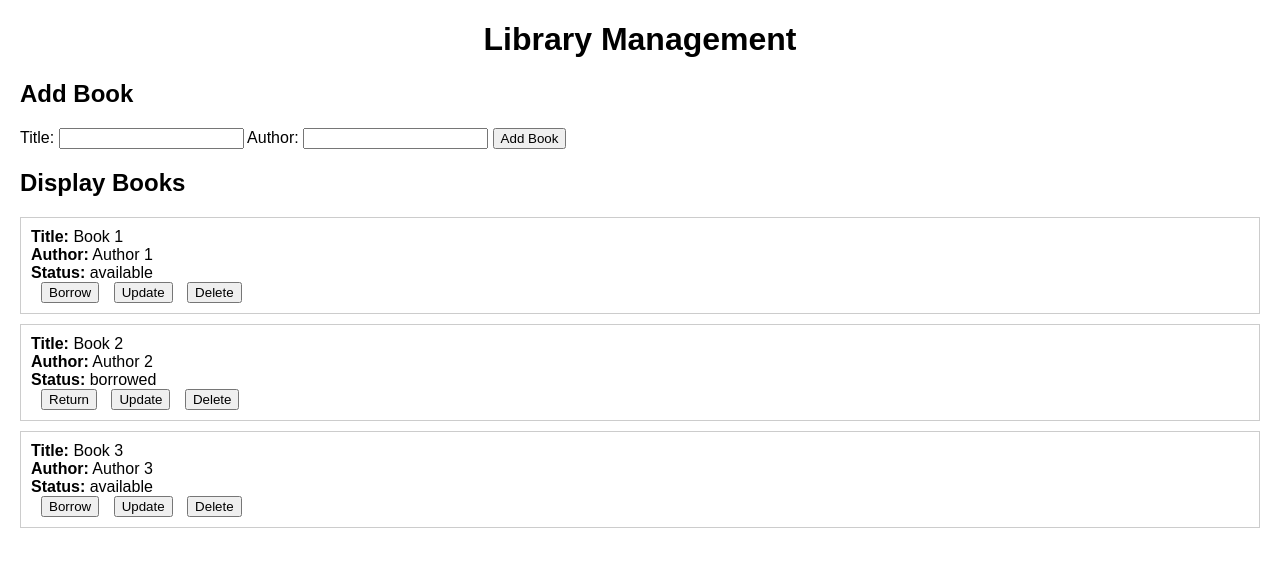
Repository: harshitanthal1/library-management_with_restful_api
Page: index.html
These files come from the project's save history. The page is drawn as it stood at one moment and after the next save; the edit follows.
The browser window is 1280 px wide. The pictures show the whole page.
The page's requests for data from a server got no answer.

Above is the page before, as saved 2024-03-12 05:10:01.

After the next save:
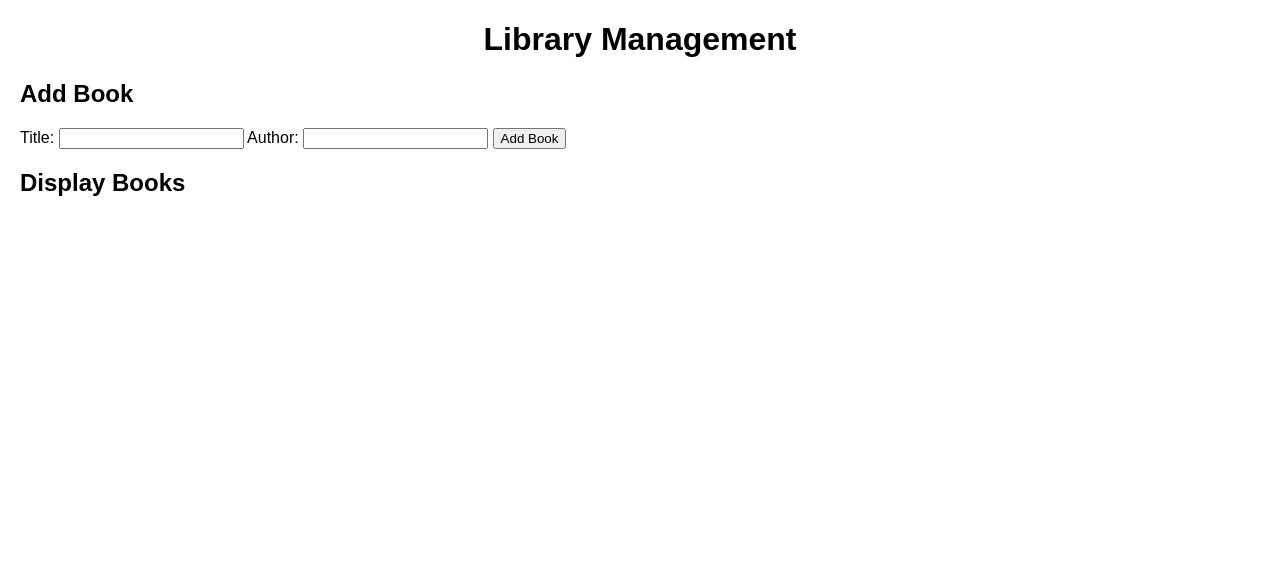
Saved 26 s later.
--- a/scripts.js
+++ b/scripts.js
@@ -1,54 +1,56 @@
-let books = [
-    { id: 1, title: "Book 1", author: "Author 1", status: "available" },
-    { id: 2, title: "Book 2", author: "Author 2", status: "borrowed" },
-    { id: 3, title: "Book 3", author: "Author 3", status: "available" }
-];
+const bookList = document.getElementById("bookList");
 
 function displayBooks() {
-    const bookList = document.getElementById("bookList");
-    bookList.innerHTML = "";
-    books.forEach(book => {
-        const bookElement = document.createElement("div");
-        bookElement.classList.add("book");
-        bookElement.innerHTML = `
-            <strong>Title:</strong> ${book.title} <br>
-            <strong>Author:</strong> ${book.author} <br>
-            <strong>Status:</strong> ${book.status} <br>
-            <button onclick="borrowReturnBook(${book.id})">${book.status === "available" ? "Borrow" : "Return"}</button>
-            <button onclick="updateBook(${book.id})">Update</button>
-            <button onclick="deleteBook(${book.id})">Delete</button>
-        `;
-        bookList.appendChild(bookElement);
-    });
+    fetch("/books")
+        .then(response => response.json())
+        .then(books => {
+            bookList.innerHTML = "";
+            books.forEach(book => {
+                const bookElement = document.createElement("div");
+                bookElement.classList.add("book");
+                bookElement.innerHTML = `
+                    <strong>Title:</strong> ${book.title} <br>
+                    <strong>Author:</strong> ${book.author} <br>
+                    <strong>Status:</strong> ${book.status} <br>
+                    <button onclick="borrowBook('${book._id}')">${book.status === "available" ? "Borrow" : "Return"}</button>
+                    <button onclick="deleteBook('${book._id}')">Delete</button>
+                `;
+                bookList.appendChild(bookElement);
+            });
+        })
+        .catch(error => console.error("Error fetching books:", error));
 }
 
 function addBook(event) {
     event.preventDefault();
-    const bookTitle = document.getElementById("bookTitle").value;
-    const bookAuthor = document.getElementById("bookAuthor").value;
-    const newBook = { id: books.length + 1, title: bookTitle, author: bookAuthor, status: "available" };
-    books.push(newBook);
-    displayBooks();
-    document.getElementById("addBookForm").reset();
+    const title = document.getElementById("bookTitle").value;
+    const author = document.getElementById("bookAuthor").value;
+    fetch("/books", {
+        method: "POST",
+        headers: {
+            "Content-Type": "application/json"
+        },
+        body: JSON.stringify({ title, author })
+    })
+    .then(response => response.json())
+    .then(() => {
+        displayBooks();
+        document.getElementById("addBookForm").reset();
+    })
+    .catch(error => console.error("Error adding book:", error));
 }
 
-function borrowReturnBook(bookId) {
-    const book = books.find(book => book.id === bookId);
-    if (book) {
-        book.status = book.status === "available" ? "borrowed" : "available";
-        displayBooks();
-    }
+function borrowBook(id) {
+    fetch(`/books/${id}/borrow`, { method: "PUT" })
+        .then(() => displayBooks())
+        .catch(error => console.error("Error borrowing book:", error));
 }
 
-function updateBook(bookId) {
-    alert("Update book with ID: " + bookId);
-}
-
-function deleteBook(bookId) {
-    books = books.filter(book => book.id !== bookId);
-    displayBooks();
+function deleteBook(id) {
+    fetch(`/books/${id}`, { method: "DELETE" })
+        .then(() => displayBooks())
+        .catch(error => console.error("Error deleting book:", error));
 }
 
 displayBooks();
-
 document.getElementById("addBookForm").addEventListener("submit", addBook);
